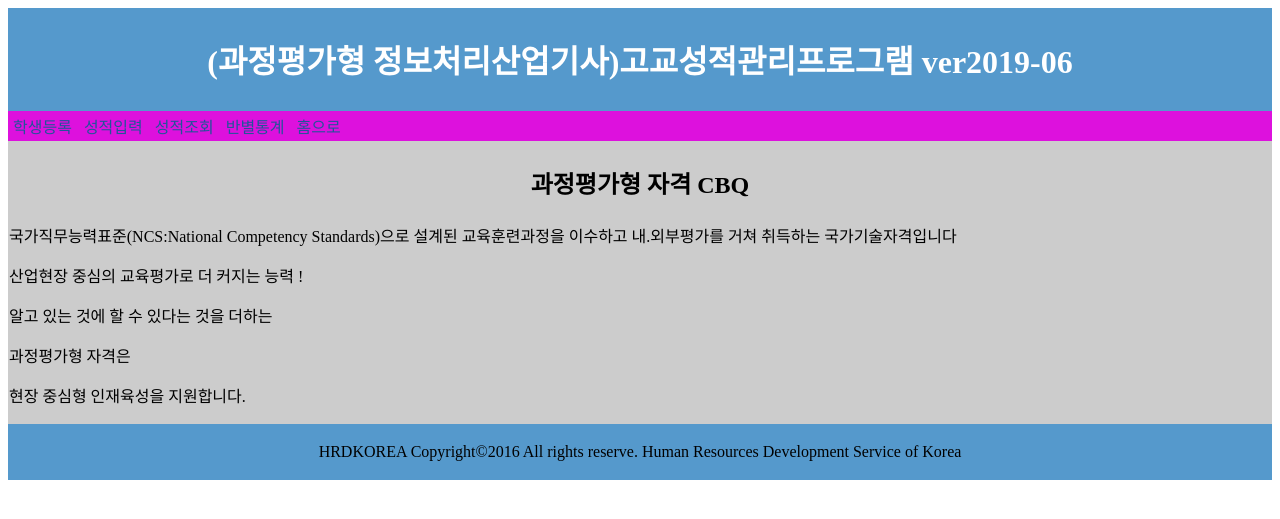
Repository: bolbbal/jdbc
Page: http://localhost/cbq_99/
The author's editor kept a copy of each file at every save. The page is drawn from the files as they stood at one save, then again after a run of saves.
The browser window is 1280 px wide. The pictures show the whole page.
The page is served by Tomcat 9. Other server files are loaded and not shown.

Above is the page before, as saved 2024-08-26 05:34:45.

### javastudy18/jspStudy/cbq_99/cbq_99/WebContent/index.jsp
<%@ page language="java" contentType="text/html; charset=UTF-8"
	pageEncoding="UTF-8"%>
<%@ page import="Model.*"%>
<%@ page import="java.sql.*"%>
<%@ page import="java.util.*"%>
<%@ page import="java.text.*"%>
<!DOCTYPE html>
<html>
<head>
<meta charset="UTF-8">
<title>고교성적관리</title>
<style>
header {
	background: #59c;
	padding: 1px;
}

h1 {
	color: #fff;
	text-align: center;
	padding: 6px
}

nav {
	background: #D1D;
	padding: 1px
}

a {
	text-decoration: none;
	color: #259;
	display: inline-block;
	padding: 2px 4px;
}

section {
	padding: 1px;
	background: #CCC;
}

h2 {
	text-align: center;
	padding: 3px;
}

footer {
	background: #59c;
	padding: 1px;
}
footer p {
	text-align:center;
	padding:2px;
}
</style>
</head>
<body>
	<header>
		<h1>(과정평가형 정보처리산업기사)고교성적관리프로그램 ver2019-06</h1>
	</header>
	<nav>
		<a href="sub1.jsp">학생등록</a> <a href="sub2.jsp">성적입력</a> <a
			href="sub3.jsp">성적조회</a> <a href="sub4.jsp">반별통계</a> <a
			href="index.jsp">홈으로</a>
	</nav>
	<section>
		<h2>과정평가형 자격 CBQ</h2>
		<p>국가직무능력표준(NCS:National Competency Standards)으로 설계된 교육훈련과정을 이수하고
			내.외부평가를 거쳐 취득하는 국가기술자격입니다</p>
		<p>산업현장 중심의 교육평가로 더 커지는 능력 !</p>
		<p>알고 있는 것에 할 수 있다는 것을 더하는</p>
		<p>과정평가형 자격은</p>
		<p>현장 중심형 인재육성을 지원합니다.</p>
	</section>
	<footer>
		<p>HRDKOREA Copyright&copy;2016 All rights reserve. Human
			Resources Development Service of Korea</p>
	</footer>
</body>
</html>

After the next 2 saves:
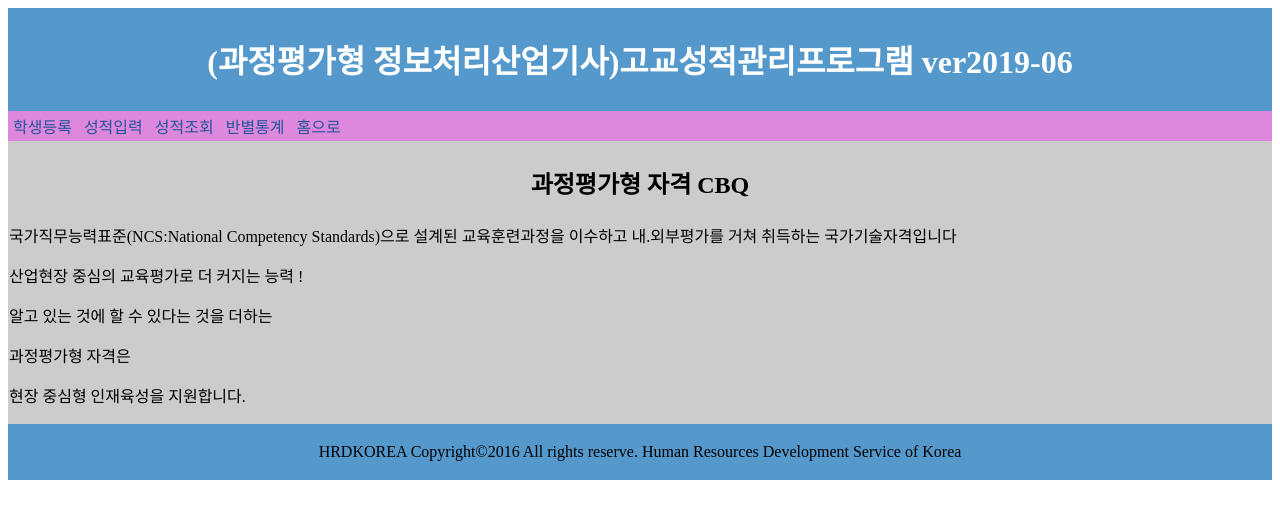
The 2 saves are shown as one change because they came seconds apart.
The last was saved 11 s later.
--- a/javastudy18/jspStudy/cbq_99/cbq_99/WebContent/index.jsp
+++ b/javastudy18/jspStudy/cbq_99/cbq_99/WebContent/index.jsp
@@ -22,7 +22,7 @@ h1 {
 }
 
 nav {
-	background: #D1D;
+	background: #D8D;
 	padding: 1px
 }
 
